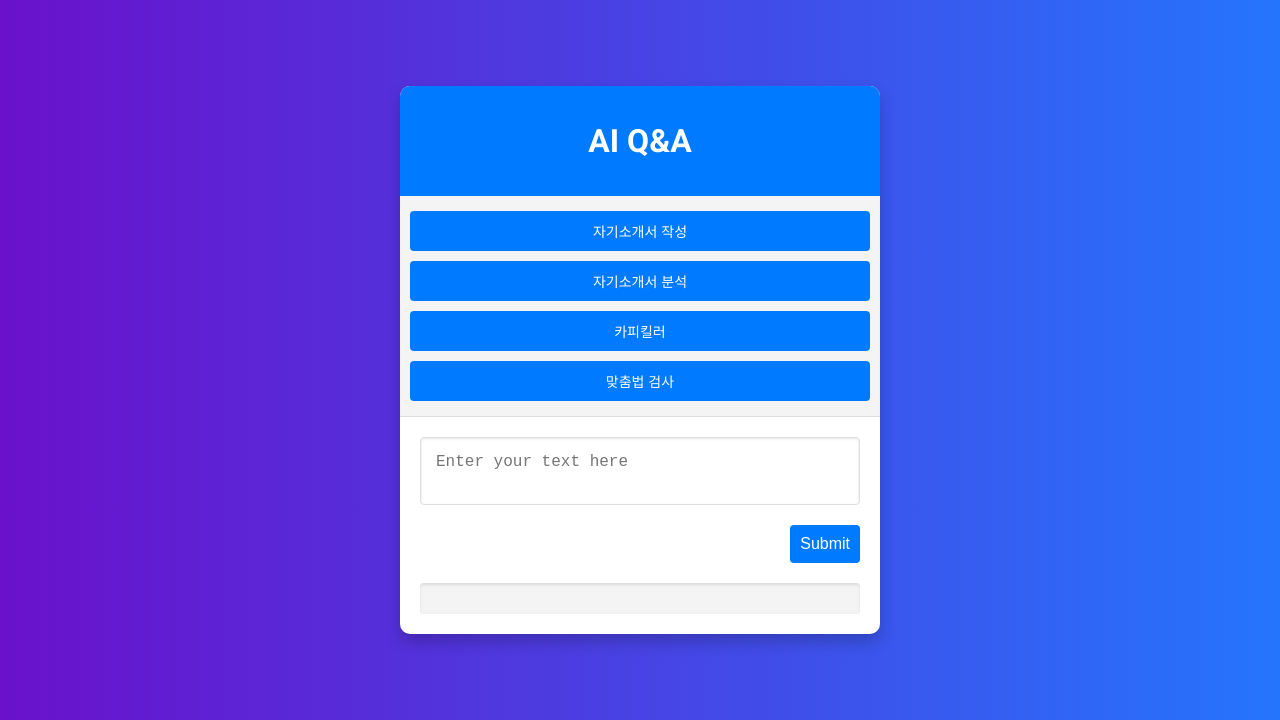
Repository: Choi9912/Flask_IntroduceGPT
Page: http://localhost/
The author's editor kept a copy of each file at every save. The page is drawn from the files as they stood at one save, then again after the next save.
The browser window is 1280 px wide. The pictures show the whole page.
The page is served by the project's application, run on Flask 3 (app.py).

Above is the page before, as saved 2024-07-30 12:18:30.

After the next save:
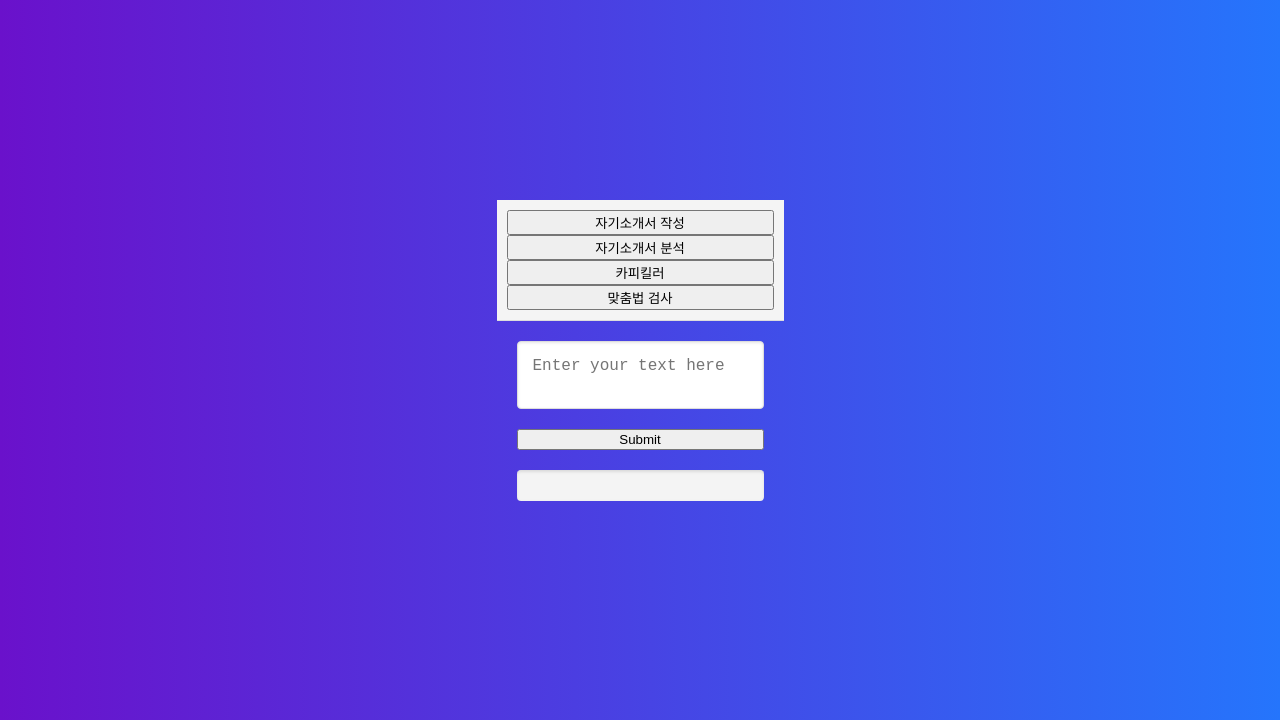
Saved 7 s later.
--- a/templates/index.html
+++ b/templates/index.html
@@ -3,27 +3,22 @@
 <head>
     <meta charset="UTF-8">
     <title>AI Q&A</title>
-    <link rel="stylesheet" href="style.css">
-    <link href="https://fonts.googleapis.com/css2?family=Roboto:wght@400;500;700&display=swap" rel="stylesheet">
-    <meta name="viewport" content="width=device-width, initial-scale=1.0">
+    <link rel="stylesheet" href="{{ url_for('static', filename='style.css') }}">
 </head>
 <body>
-    <div class="app-container">
-        <div class="header">
-            <h1>AI Q&A</h1>
-        </div>
+    <div class="container">
         <div class="sidebar">
-            <button class="sidebar-btn" id="sendBtn">자기소개서 작성</button>
-            <button class="sidebar-btn" id="analyzeBtn">자기소개서 분석</button>
-            <button class="sidebar-btn" id="plagiarismBtn">카피킬러</button>
-            <button class="sidebar-btn" id="spellCheckBtn">맞춤법 검사</button>
+            <button id="sendBtn">자기소개서 작성</button>
+            <button id="analyzeBtn">자기소개서 분석</button>
+            <button id="plagiarismBtn">카피킬러</button>
+            <button id="spellCheckBtn">맞춤법 검사</button>
         </div>
         <div class="content">
             <textarea id="inputArea" placeholder="Enter your text here" spellcheck="false"></textarea>
-            <button class="submit-btn" id="actionBtn">Submit</button>
+            <button id="actionBtn">Submit</button>
             <div id="output"></div>
         </div>
     </div>
-    <script src="script.js"></script>
+    <script src="{{ url_for('static', filename='script.js') }}"></script>
 </body>
 </html>
